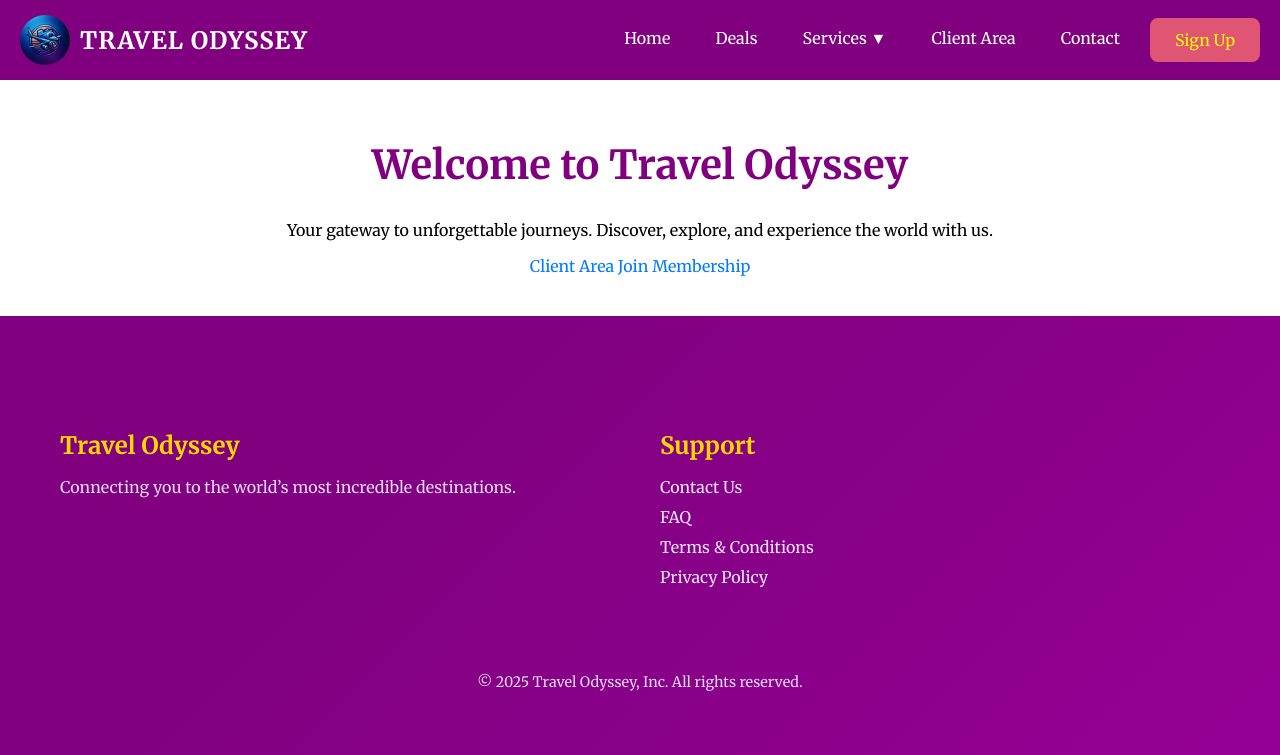
Repository: GHzPhoenix/Project-Odyssey
Page: Frontend/index.html
An editor plug-in stored every save of this project. The page is shown before and after the next save, followed by the edit.
The browser window is 1280 px wide. The pictures show the whole page.
The pointer rests on the first visible `.signup-btn`.

Above is the page before, as saved 2025-06-08 16:27:48.

### Frontend/index.html
<!DOCTYPE html>
<html lang="en">
  <head>
    <meta charset="UTF-8" />
    <meta name="viewport" content="width=device-width, initial-scale=1.0" />
    <title>Travel Odyssey</title>
    <link rel="stylesheet" href="/Frontend/css/style.css" />
    <link rel="preconnect" href="https://fonts.googleapis.com" />
    <link rel="preconnect" href="https://fonts.gstatic.com" crossorigin />
    <link
      href="https://fonts.googleapis.com/css2?family=Merriweather:wght@300;400;700;900&display=swap"
      rel="stylesheet"
    />
  </head>
  <body>
    <header>
      <nav>
        <div class="logo">
          <img src="/Frontend/assets/your-logo.png" alt="Logo" />
          Travel Odyssey
        </div>

        <button
          class="menu-toggle"
          aria-label="Toggle navigation"
          onclick="toggleMenu()"
        >
          <div></div>
          <div></div>
          <div></div>
        </button>

        <ul class="nav-menu">
          <li><a href="index.html">Home</a></li>
          <li><a href="deals.html">Deals</a></li>
          <li class="dropdown-parent">
            <a href="#">Services ▼</a>
            <div class="dropdown">
              <a href="membership.html">Memberships</a>
              <a href="dream.html">Plan your Trip</a>
              <a href="client-area.html">Client Area</a>
            </div>
          </li>
          <li><a href="client-area.html">Client Area</a></li>
          <li><a href="contact.html">Contact</a></li>
          <li>
            <a href="signup.html" class="signup-btn">Sign Up</a>
          </li>
        </ul>
      </nav>
    </header>
    <main class="hero">
      <h1>Welcome to Travel Odyssey</h1>
      <p>
        Your gateway to unforgettable journeys. Discover, explore, and
        experience the world with us.
      </p>
      <div class="hero-buttons">
        <a href="client-area.html" class="btn-primary">Client Area</a>
        <a href="membership.html" class="btn-outline">Join Membership</a>
      </div>
    </main>
    <footer class="footer">
      <div class="footer-container">
        <div class="footer-section">
          <h3>Travel Odyssey</h3>
          <p>Connecting you to the world’s most incredible destinations.</p>
        </div>
        <div class="footer-section">
          <h3>Support</h3>
          <ul>
            <li><a href="contact.html">Contact Us</a></li>
            <li><a href="faq.html">FAQ</a></li>
            <li><a href="terms.html">Terms & Conditions</a></li>
            <li><a href="privacy.html">Privacy Policy</a></li>
          </ul>
        </div>
      </div>
      <div class="footer-bottom">
        <p>© 2025 Travel Odyssey, Inc. All rights reserved.</p>
      </div>
    </footer>
    <script>
      function toggleMenu() {
        document.querySelector(".nav-menu").classList.toggle("active");
      }
    </script>
  </body>
</html>

### Frontend/css/style.css
header {
  color: white;
  background-color: purple;
}
h1,
h2 {
  text-align: center;
  margin-top: 20px;
  font-size: 2.5rem;
  margin-bottom: 30px;
  color: purple;
  font-weight: 700;
}

body {
  display: flex;
  flex-direction: column;
  margin: 0;
  font-family: "Merriweather", serif;
  font-weight: 400;
  font-style: normal;
}
.trending-deals {
  padding: 50px 20px;
  background: #f8f8f8;
}

.trending-deals h2 {
  font-size: 2.5rem;
  color: purple;
  margin-bottom: 30px;
  text-align: center;
}

.deals-container {
  display: flex;
  justify-content: center;
  flex-wrap: wrap;
  gap: 30px;
  margin-top: 20px;
}

.deal-card {
  position: relative;
  background-color: #fff;
  border-radius: 12px;
  box-shadow: 0 4px 10px rgba(0, 0, 0, 0.15);
  overflow: hidden;
  width: 300px;
  text-align: center;
  padding-bottom: 20px;
  transition: transform 0.3s ease-in-out;
}

.deal-card:hover {
  transform: translateY(-10px);
}

.deal-card img {
  width: 100%;
  height: 200px;
  object-fit: cover;
}

.deal-card-body {
  padding: 20px;
}

.deal-card-body h3 {
  font-size: 1.5rem;
  margin-bottom: 10px;
  color: purple;
}

.deal-card-body p {
  font-size: 1rem;
  color: #666;
  margin-bottom: 15px;
}

.deal-card-body a {
  display: inline-block;
  background-color: purple;
  color: white;
  padding: 10px 20px;
  border-radius: 25px;
  text-decoration: none;
  font-weight: bold;
  transition: background-color 0.3s ease-in-out;
}

.deal-card-body a:hover {
  background-color: rgb(148, 0, 148);
}
.rating {
  margin-top: 8px;
  font-size: 0.95rem;
  color: #555;
  font-weight: bold;
}

.badge {
  position: absolute;
  background-color: #ff6f61;
  color: white;
  font-size: 0.8rem;
  padding: 5px 10px;
  border-radius: 20px;
  top: 10px;
  left: 10px;
  z-index: 2;
  font-weight: bold;
  text-transform: uppercase;
}

.badge.top-pick {
  position: absolute;
  top: 10px;
  left: 50%;
  transform: translateX(-50%);
  background-color: #00b894;
  color: #fff;
  box-shadow: 0 0 15px rgba(0, 184, 148, 0.9);
  font-size: 0.85rem;
  letter-spacing: 0.5px;
  padding: 6px 14px;
  border-radius: 20px;
  font-weight: bold;
  text-transform: uppercase;
  z-index: 2;
}

.badge.hot-deal {
  background-color: purple;
}

.trending-deals .small-box {
  background: white;
  border: 1px solid #ddd;
  border-radius: 12px;
  width: 300px;
  padding: 20px;
  box-shadow: 0 4px 8px rgba(0, 0, 0, 0.1);
  text-align: center;
  transition: transform 0.3s ease-in-out;
}

.trending-deals .small-box:hover {
  transform: translateY(-8px);
  box-shadow: 0 8px 16px rgba(0, 0, 0, 0.2);
}

.trending-deals .small-box h3 {
  font-size: 1.5rem;
  color: purple;
  margin-bottom: 10px;
}

.trending-deals .small-box p {
  font-size: 1.2rem;
  margin-bottom: 15px;
  color: #666;
}

.trending-deals .small-box a {
  display: inline-block;
  margin-top: 10px;
  padding: 10px 20px;
  background: purple;
  color: white;
  text-decoration: none;
  border-radius: 25px;
  transition: background 0.3s ease-in-out;
}
.signup-btn {
  background-color: #6c63ff;
  color: white;
  padding: 12px 25px;
  border: none;
  border-radius: 8px;
  font-size: 1rem;
  text-decoration: none;
  transition: background 0.3s ease;
}

.signup-btn:hover {
  background-color: #e05573;
  text-decoration: none;
}

.trending-deals .small-box a:hover {
  background: #5e0c5e;
}

@media (max-width: 768px) {
  .trending-deals .container {
    flex-direction: column;
    align-items: center;
  }

  .trending-deals .small-box {
    width: 80%;
  }
}

.careers-container {
  width: 90%;
  max-width: 1200px;
  margin: 50px auto;
  text-align: center;
}

.careers-header h2 {
  font-size: 2.5rem;
  color: white;
  background: purple;
  padding: 15px;
  border-radius: 10px;
}

.careers-header p {
  font-size: 1.2rem;
  margin-top: 10px;
  color: #333;
}

.careers-grid {
  display: grid;
  grid-template-columns: repeat(auto-fit, minmax(280px, 1fr));
  gap: 20px;
  margin-top: 30px;
}

.career-card {
  background: linear-gradient(
    135deg,
    rgb(128, 0, 128) 30%,
    rgb(148, 0, 148) 100%
  );
  padding: 20px;
  border-radius: 12px;
  color: white;
  box-shadow: 0px 4px 8px rgba(0, 0, 0, 0.3);
  transition: transform 0.3s ease-in-out;
}

.career-card h3 {
  font-size: 1.5rem;
  margin-bottom: 10px;
  text-transform: uppercase;
}

.career-card p {
  font-size: 1rem;
  margin-bottom: 15px;
}

.career-card:hover {
  transform: scale(1.05);
}

.apply-button {
  display: inline-block;
  background: white;
  color: purple;
  padding: 10px 20px;
  border-radius: 20px;
  text-decoration: none;
  font-weight: bold;
  transition: background 0.3s ease-in-out;
}

.apply-button:hover {
  background: #dddddd;
  color: rgb(128, 0, 128);
}

.career-carousel {
  margin: 40px auto;
  display: flex;
  justify-content: center;
  gap: 20px;
}

.career-carousel img {
  width: 45%;
  max-width: 500px;
  border-radius: 10px;
  box-shadow: 0px 4px 8px rgba(0, 0, 0, 0.3);
  transition: transform 0.3s ease-in-out;
}

.career-carousel img:hover {
  transform: scale(1.05);
}

@media (max-width: 768px) {
  .careers-grid {
    grid-template-columns: 1fr;
  }

  .career-carousel {
    flex-direction: column;
    align-items: center;
  }

  .career-carousel img {
    width: 80%;
  }
}

ol {
  display: grid;
  text-align: start;
}

main {
  text-align: center;
  padding: 40px 20px;
}

#room-type,
#room-number,
#guests {
  box-sizing: content-box;
  text-align: left;
  border-radius: 25px;
  width: 300px;
  height: 25px;
}

input [type="text"] {
  width: 100%;
  padding: 12px 20px;
  margin: 8px 0;
  box-sizing: border-box;
}
.radio-container {
  display: flex;
  align-items: center;
}

.radio-label {
  margin-right: 10px;
}
input {
  width: 100%;
  padding: 11px 12px;
  margin: 8px 0;
  box-sizing: border-box;
  border-radius: 30px;
}
#guests,
#rooms {
  box-sizing: content-box;
  border-radius: 15px;
  width: 150px;
  text-align: center;
}
#title {
  box-sizing: content-box;
  text-align: center;
  border-radius: 15px;
  width: 150px;
  display: flex;
}
.form-container {
  display: flex;
  justify-content: center;
  align-items: center;
  width: 100%;
}

#booking-form {
  width: 100%;
  max-width: 700px;
  background-color: white;
  padding: 30px;
  border-radius: 20px;
  box-shadow: 0 6px 12px rgba(0, 0, 0, 0.15);
  text-align: left;
}

.form-group {
  margin-bottom: 20px;
}

.form-group label {
  display: block;
  margin-bottom: 6px;
  font-weight: bold;
  color: purple;
}

.form-group input,
.form-group select {
  width: 100%;
  padding: 10px 15px;
  border: 1px solid #ccc;
  border-radius: 10px;
  font-size: 16px;
}

footer {
  background-color: purple;
  color: white;
  text-align: center;
  padding: 0%;
}
.image-box img {
  max-width: 100%;
  max-height: 100%;
}
a {
  text-decoration: none;
  color: #007bff;
}

.container {
  display: flex;
  justify-content: space-around;
  flex-wrap: wrap;
  gap: 20px;
}
.box {
  background-color: #f8f9fa;
  border: 2px solid #ddd;
  padding: 20px;
  margin: 20px auto;
  border-radius: 10px;
  box-shadow: 0 4px 8px rgba(0, 0, 0, 0.15);
  width: 90%;
}
.big-box {
  display: flex;
  flex-direction: column;
  align-items: center;
  background: linear-gradient(135deg, purple 30%, rgb(148, 0, 148) 100%);
  border: 3px solid purple;
  padding: 40px;
  margin: 50px auto;
  border-radius: 20px;
  color: white;
  width: 90%;
  max-width: 1100px;
  text-align: center;
}

.big-box:hover {
  transform: translateY(-10px);
  box-shadow: 0 12px 24px rgba(0, 0, 0, 0.4);
}

.big-box h2 {
  font-size: 2.5rem;
  margin-bottom: 20px;
  font-weight: bold;
  text-transform: uppercase;
  color: #ffffff;
}

.big-box p {
  font-size: 1.3rem;
  margin-bottom: 25px;
  color: #f0e6ff;
}

.big-box table {
  width: 100%;
  margin-top: 20px;
  border-collapse: collapse;
  background-color: rgba(255, 255, 255, 0.15);
  border-radius: 12px;
  overflow: hidden;
}

.big-box table th,
.big-box table td {
  padding: 16px;
  border: 1px solid rgba(255, 255, 255, 0.4);
  text-align: center;
  color: white;
}

.big-box table th {
  background-color: rgba(255, 255, 255, 0.25);
  color: white;
  text-transform: uppercase;
  font-weight: bold;
}
.suggested-bookings {
  text-align: center;
  margin: 40px 0;
}
.submit {
  margin-top: 20px;
  width: 100%;
  background: linear-gradient(135deg, #ffffff 0%, #dddddd 100%);
  border: 2px solid purple;
  color: purple;
  font-size: 18px;
  font-weight: bold;
  border-radius: 30px;
  padding: 12px 20px;
  cursor: pointer;
  transition: background 0.3s, transform 0.3s;
}

.submit:hover {
  background: linear-gradient(
    135deg,
    rgb(130, 92, 211) 0%,
    rgb(211, 66, 214) 100%
  );
  color: white;
  transform: scale(1.05);
}

@media (max-width: 1024px) {
  .big-box {
    width: 85%;
    max-width: 900px;
    min-height: 60vh;
    padding: 30px;
  }
}

@media (max-width: 768px) {
  .big-box {
    width: 85%;
    max-width: 700px;
    min-height: 55vh;
    padding: 30px;
  }
}

@media (max-width: 480px) {
  .big-box {
    width: 85%;
    max-width: 500px;
    min-height: 50vh;
    padding: 30px;
  }
}

.small-box {
  background-color: #947fff;
  padding: 20px;
  border-radius: 12px;
  text-align: center;
  flex: 1;
  min-width: 250px;
  max-width: 300px;
  box-shadow: 0px 4px 8px rgba(0, 0, 0, 0.15);
}

.small-box h3 {
  font-size: 1.5rem;
  margin-bottom: 10px;
}

.small-box p {
  font-size: 1rem;
  margin-bottom: 15px;
}

.small-box a {
  display: inline-block;
  background-color: white;
  color: purple;
  padding: 10px 20px;
  border-radius: 25px;
  text-decoration: none;
  font-weight: bold;
  transition: background 0.3s, color 0.3s;
}

.small-box a:hover {
  background-color: purple;
  color: white;
}

.booking {
  background-color: #f0f0f0;
  border: 1px solid #ddd;
  width: 90%;
  align-self: center;
  padding: 20px;
  margin-bottom: 20px;
  border-radius: 8px;
  box-shadow: 0 2px 4px rgba(0, 0, 0, 0.1);
  text-decoration: none;
}
img {
  object-fit: cover;
  width: 500px;
  height: 250px;
}
#logo {
  border-radius: 50px;
  width: 40px;
  height: 40px;
  display: block;
  position: absolute;
  top: 5px;
  margin-left: 30px;
}
.black-box {
  width: 95%;
  height: 500px;
  max-height: 500px;
  background-color: purple;
  border-radius: 30px;
  display: grid;
  grid-template-rows: auto;
  grid-template-columns: auto;
  gap: 30px;
  overflow: scroll;
}
.white-box {
  display: flex;
  flex-wrap: wrap;
  justify-content: space-between;
  margin-top: 30px;
  margin-left: 30px;
}
.imgbox {
  border-radius: 25px;
  width: 95%;
  height: 160px;
  padding: 5px;
}

.textbox {
  color: white;
  text-align: start;
  margin-left: 20px;
}
.big-box img {
  border-radius: 30px;
  box-shadow: 0 6px 9px;
}
td,
th {
  padding: 20px;
}

@media (max-width: 600px) {
  body {
    font-size: 12px;
  }
  #logo {
    visibility: hidden;
  }

  img {
    width: 100%;
  }
  .black-box {
    width: 95%;
    height: 500px;
    max-height: 500px;
    background-color: purple;
    border-radius: 30px;
    display: grid;
    grid-template-rows: auto;
    grid-template-columns: auto;
    gap: 30px;
    overflow: scroll;
  }
  .white-box {
    display: flex;
    flex-wrap: wrap;
    margin-top: 30px;
  }
  .imgbox {
    border-radius: 25px;
    width: 95%;
    height: 160px;
    padding: 5px;
  }
  .textbox {
    color: white;
    text-align: start;
    margin-left: 20px;
  }
}
@media (min-width: 601px) and (max-width: 800px) {
  .black-box {
    width: 95%;
    height: 500px;
    max-height: 500px;
    background-color: purple;
    border-radius: 30px;
    display: grid;
    grid-template-rows: auto;
    grid-template-columns: auto;
    gap: 30px;
    overflow: scroll;
  }
  .white-box {
    display: flex;
    flex-wrap: wrap;
    margin-top: 30px;
  }
  .imgbox {
    border-radius: 25px;
    width: 95%;
    height: 160px;
    padding: 5px;
  }
}
.booking button {
  width: 150px;
  height: 40px;
  border-radius: 30px;
  background-color: purple;
}
.booking button a {
  color: white;
  text-decoration: none;
}
.booking button:hover {
  background-color: blueviolet;
}

nav {
  background-color: purple;
  display: flex;
  justify-content: space-between;
  align-items: center;
  padding: 15px 20px;
  color: white;
  position: relative;
}

nav .logo {
  font-size: 24px;
  font-weight: bold;
  text-transform: uppercase;
  letter-spacing: 1px;
  display: flex;
  align-items: center;
}

nav .logo img {
  width: 50px;
  height: 50px;
  border-radius: 50%;
  margin-right: 10px;
}

nav ul {
  list-style: none;
  display: flex;
  gap: 15px;
  margin: 0;
  padding: 0;
}

nav ul li {
  position: relative;
}

nav ul li a {
  text-decoration: none;
  color: white;
  font-size: 16px;
  padding: 10px 15px;
  border-radius: 5px;
  transition: background 0.3s ease-in-out;
  display: block;
}

nav ul li a:hover {
  background-color: #cd75ce;
  color: yellow;
}

nav ul li .dropdown {
  display: none;
  position: absolute;
  left: 0;
  top: 100%;
  background-color: white;
  min-width: 180px;
  border-radius: 5px;
  box-shadow: 0px 4px 8px rgba(0, 0, 0, 0.2);
  z-index: 1000;
  opacity: 0;
  transform: translateY(10px);
  transition: opacity 0.3s, transform 0.3s ease-in-out;
}

nav ul li .dropdown a {
  display: block;
  padding: 12px;
  color: #333;
  transition: background 0.3s ease-in-out;
  white-space: nowrap;
}

nav ul li .dropdown a:hover {
  background-color: #f4f4f9;
}

nav ul li:hover .dropdown {
  display: block;
  opacity: 1;
  transform: translateY(0);
}

.menu-toggle {
  display: none;
  flex-direction: column;
  cursor: pointer;
}

.menu-toggle div {
  width: 30px;
  height: 3px;
  background-color: white;
  margin: 5px;
}

@media (max-width: 768px) {
  nav ul {
    display: none;
    flex-direction: column;
    position: absolute;
    top: 60px;
    left: 0;
    width: 100%;
    background-color: purple;
    padding: 10px 0;
    z-index: 1000;
  }

  nav ul.active {
    display: flex;
  }

  nav ul li {
    text-align: center;
  }

  .menu-toggle {
    display: flex;
  }

  nav ul li .dropdown {
    position: relative;
    top: 0;
    left: 0;
    width: 100%;
    box-shadow: none;
  }
}

.footer {
  background: linear-gradient(
    135deg,
    rgb(128, 0, 128) 30%,
    rgb(148, 0, 148) 100%
  );
  color: white;
  padding: 50px 0;
  text-align: center;
  font-family: "Merriweather", serif;
}

.footer-container {
  display: flex;
  justify-content: space-between;
  flex-wrap: wrap;
  max-width: 1200px;
  margin: auto;
  padding: 20px;
}

.footer-section {
  flex: 1;
  min-width: 200px;
  margin: 20px;
  text-align: left;
}

.footer-section h3 {
  font-size: 1.5rem;
  margin-bottom: 15px;
  color: #ffd700;
}

.footer-section p {
  font-size: 1rem;
  color: #e5d8f3;
  margin-bottom: 15px;
}

.footer-section ul {
  list-style: none;
  padding: 0;
}

.footer-section ul li {
  margin: 10px 0;
}

.footer-section ul li a {
  color: #f0e6ff;
  text-decoration: none;
  transition: color 0.3s ease-in-out;
}

.footer-section ul li a:hover {
  color: #ffd700;
}

.social-icons a {
  display: inline-block;
  font-size: 24px;
  color: white;
  margin-right: 15px;
  transition: transform 0.3s ease-in-out, color 0.3s;
}

.social-icons a:hover {
  color: #ffd700;
  transform: scale(1.2);
}

.newsletter form {
  display: flex;
  flex-direction: column;
  align-items: center;
}

.newsletter input {
  width: 100%;
  max-width: 250px;
  padding: 10px;
  border-radius: 5px;
  border: none;
  outline: none;
  margin-bottom: 10px;
  font-size: 1rem;
}

.newsletter button {
  background-color: #ffd700;
  color: rgb(128, 0, 128);
  border: none;
  padding: 10px 20px;
  font-size: 1rem;
  border-radius: 5px;
  cursor: pointer;
  transition: background 0.3s ease-in-out;
}

.newsletter button:hover {
  background-color: #e5d8f3;
  color: rgb(128, 0, 128);
}

.button-link {
  padding: 12px 25px;
  background-color: purple;
  color: white;
  border-radius: 30px;
  font-size: 18px;
  font-weight: bold;
  text-decoration: none;
  transition: background-color 0.3s ease-in-out;
}

.button-link:hover {
  background-color: rgb(148, 0, 148);
}

.footer-bottom {
  margin-top: 30px;
  font-size: 0.9rem;
  color: #e5d8f3;
}

@media (max-width: 768px) {
  .footer-container {
    flex-direction: column;
    align-items: center;
  }
  .footer-section {
    text-align: center;
  }
}

After the next save:
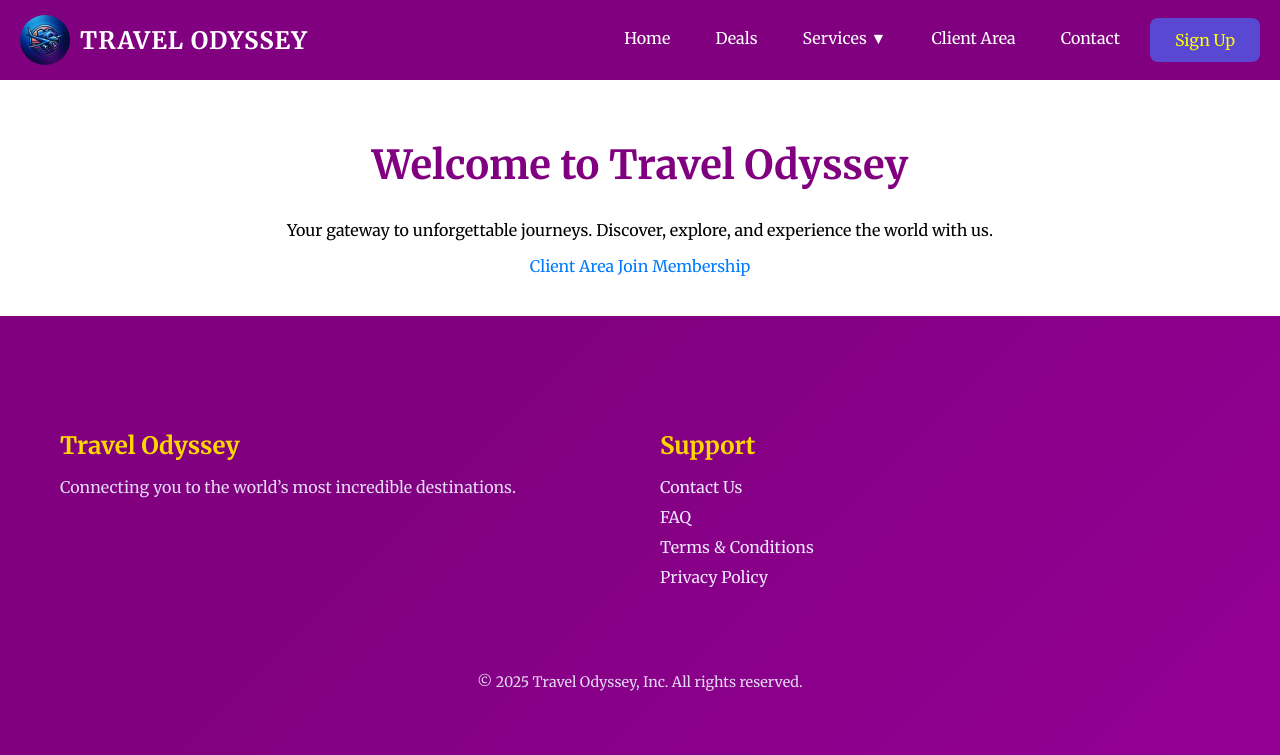
Saved 8 s later.
--- a/Frontend/css/style.css
+++ b/Frontend/css/style.css
@@ -184,7 +184,7 @@ body {
 }
 
 .signup-btn:hover {
-  background-color: #e05573;
+  background-color: #5848d2;
   text-decoration: none;
 }
 
